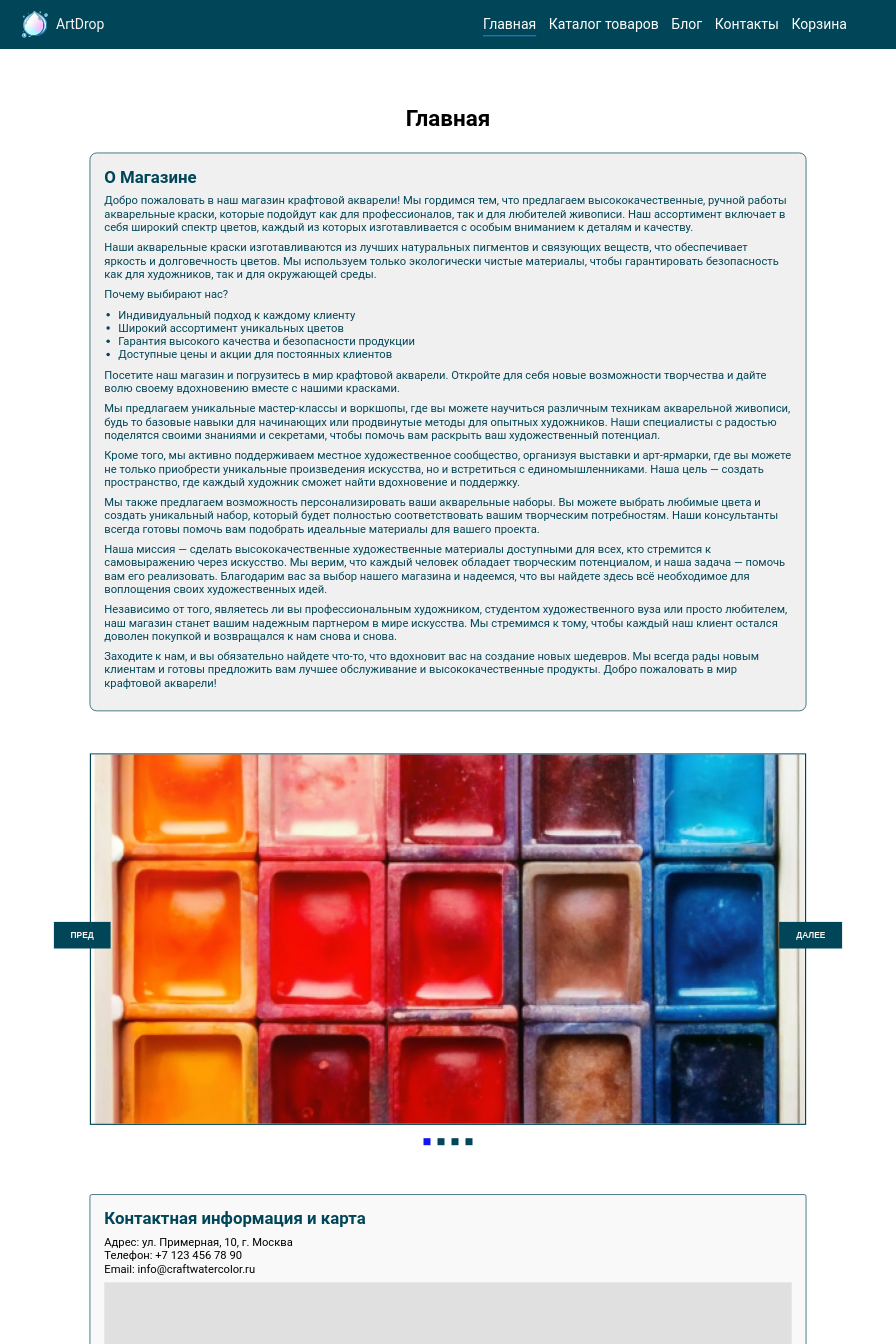
Repository: mnats725/art-drop
Page: index.html
The author's editor kept a copy of each file at every save. The page is drawn from the files as they stood at one save, then again after the next save.
The browser window is 1280 px wide. The pictures show the part of the page from y = 0 to 1920 px (the page is 2643 px tall), at 70% of full size.
Pictures or frames that could not be fetched are drawn as grey boxes.

Above is the page before, as saved 2024-05-21 13:33:38.

### index.html
<!DOCTYPE html>
<html lang="en">
<head>
    <meta charset="UTF-8">
    <meta http-equiv="X-UA-Compatible" content="IE=edge">
    <meta name="viewport" content="width=device-width, initial-scale=1.0">
    <title>Каталог товаров</title>
    <link rel="stylesheet" href="./css/style.css">
    <link rel="stylesheet" href="./css/main-page-content.css">
    <link href="https://fonts.googleapis.com/css2?family=Montserrat:wght@400;700&display=swap" rel="stylesheet">
</head>
<body>
    <div class="wrapper">
        <header class="header">
            <!-- Шапка -->
            <div class="logo">
                <a href="index.html">
                    <img src="./assets/img/logo.svg" alt="ArtDrop Logo">
                    <span>ArtDrop</span>
                </a>
            </div>
            <!-- Меню сайта -->
            <nav class="nav">
              <ul>
                  <li class="active"><a href="index.html">Главная</a></li>
                  <li><a href="catalog.html">Каталог товаров</a></li>
                  <li><a href="blog.html">Блог</a></li>
                  <li><a href="contacts.html">Контакты</a></li>
                  <li><a href="cart.html">Корзина</a></li>
              </ul>
          </nav>
            <!-- Иконка бургерменю -->
            <div class="burger">
                <span></span>
            </div>
        </header>
    </div>

    <div class="content">
        <h1 class="content-title">Главная</h1>
        <section class="store-info">
          <h2>О Магазине</h2>
          <p>Добро пожаловать в наш магазин крафтовой акварели! Мы гордимся тем, что предлагаем высококачественные, ручной работы акварельные краски, которые подойдут как для профессионалов, так и для любителей живописи. Наш ассортимент включает в себя широкий спектр цветов, каждый из которых изготавливается с особым вниманием к деталям и качеству.</p>
          <p>Наши акварельные краски изготавливаются из лучших натуральных пигментов и связующих веществ, что обеспечивает яркость и долговечность цветов. Мы используем только экологически чистые материалы, чтобы гарантировать безопасность как для художников, так и для окружающей среды.</p>
          <p>Почему выбирают нас?</p>
          <ul>
              <li>Индивидуальный подход к каждому клиенту</li>
              <li>Широкий ассортимент уникальных цветов</li>
              <li>Гарантия высокого качества и безопасности продукции</li>
              <li>Доступные цены и акции для постоянных клиентов</li>
          </ul>
          <p>Посетите наш магазин и погрузитесь в мир крафтовой акварели. Откройте для себя новые возможности творчества и дайте волю своему вдохновению вместе с нашими красками.</p>
          <p>Мы предлагаем уникальные мастер-классы и воркшопы, где вы можете научиться различным техникам акварельной живописи, будь то базовые навыки для начинающих или продвинутые методы для опытных художников. Наши специалисты с радостью поделятся своими знаниями и секретами, чтобы помочь вам раскрыть ваш художественный потенциал.</p>
          <p>Кроме того, мы активно поддерживаем местное художественное сообщество, организуя выставки и арт-ярмарки, где вы можете не только приобрести уникальные произведения искусства, но и встретиться с единомышленниками. Наша цель — создать пространство, где каждый художник сможет найти вдохновение и поддержку.</p>
          <p>Мы также предлагаем возможность персонализировать ваши акварельные наборы. Вы можете выбрать любимые цвета и создать уникальный набор, который будет полностью соответствовать вашим творческим потребностям. Наши консультанты всегда готовы помочь вам подобрать идеальные материалы для вашего проекта.</p>
          <p>Наша миссия — сделать высококачественные художественные материалы доступными для всех, кто стремится к самовыражению через искусство. Мы верим, что каждый человек обладает творческим потенциалом, и наша задача — помочь вам его реализовать. Благодарим вас за выбор нашего магазина и надеемся, что вы найдете здесь всё необходимое для воплощения своих художественных идей.</p>
          <p>Независимо от того, являетесь ли вы профессиональным художником, студентом художественного вуза или просто любителем, наш магазин станет вашим надежным партнером в мире искусства. Мы стремимся к тому, чтобы каждый наш клиент остался доволен покупкой и возвращался к нам снова и снова.</p>
          <p>Заходите к нам, и вы обязательно найдете что-то, что вдохновит вас на создание новых шедевров. Мы всегда рады новым клиентам и готовы предложить вам лучшее обслуживание и высококачественные продукты. Добро пожаловать в мир крафтовой акварели!</p>
      </section>
        <main class="carousel-container">
            <div class="carousel">
              <div class="item active">
                <img src="./assets/img/colores/photo_1_2024-05-20_20-57-42.jpg" alt="Image 1" />
              </div>
              <div class="item">
                <img src="./assets//img/colores/photo_2_2024-05-20_20-57-42.jpg" alt="Image 2" />
              </div>
              <div class="item">
                <img src="./assets/img/colores/photo_3_2024-05-20_20-57-42.jpg" alt="Image 3" />
              </div>
              <div class="item">
                <img src="./assets/img/colores/photo_4_2024-05-20_20-57-42.jpg" alt="Image 4" />
              </div>
            </div>
            <button class="btn prev">Пред</button>
            <button class="btn next">Далее</button>
            <br>
            <div class="dots"></div>
          </main>

          <section class="contact-info">
            <h2>Контактная информация и карта</h2>
            <p>Адрес: ул. Примерная, 10, г. Москва</p>
            <p>Телефон: +7 123 456 78 90</p>
            <p>Email: info@craftwatercolor.ru</p>
            <div id="map"><iframe src="https://www.google.com/maps/embed?pb=!1m18!1m12!1m3!1d26449.478999227773!2d-118.24984591411743!3d34.03912846642446!2m3!1f0!2f0!3f0!3m2!1i1024!2i768!4f13.1!3m3!1m2!1s0x80c2c6029c9a59e9%3A0xec9ea70c76393a94!2z0JHQvtC50Lst0KXQtdC50YLRgSwg0JvQvtGBLdCQ0L3QtNC20LXQu9C10YEsINCa0LDQu9C40YTQvtGA0L3QuNGPLCDQodCo0JA!5e0!3m2!1sru!2sru!4v1716241062162!5m2!1sru!2sru" width="100%" height="100%" style="border:0;" allowfullscreen="" loading="lazy" referrerpolicy="no-referrer-when-downgrade"></iframe></div>
        </section>
    </div>

    <div class="pg-footer">
        <footer class="footer">
          <svg class="footer-wave-svg" xmlns="http://www.w3.org/2000/svg" viewBox="0 0 1200 100" preserveAspectRatio="none">
            <path class="footer-wave-path" d="M851.8,100c125,0,288.3-45,348.2-64V0H0v44c3.7-1,7.3-1.9,11-2.9C80.7,22,151.7,10.8,223.5,6.3C276.7,2.9,330,4,383,9.8 c52.2,5.7,103.3,16.2,153.4,32.8C623.9,71.3,726.8,100,851.8,100z"></path>
          </svg>
          <div class="footer-content">
            <div class="footer-content-column">
              <div class="footer-logo">
                <a class="footer-logo-link" href="#">
                  <span class="hidden-link-text">ArtDrop</span>
                  <h1>ArtDrop</h1>
                </a>
              </div>
              <div class="footer-menu">
                <h2 class="footer-menu-name"> Get Started</h2>
                <ul id="menu-get-started" class="footer-menu-list">
                  <li class="menu-item menu-item-type-post_type menu-item-object-product">
                    <a href="#">Start</a>
                  </li>
                  <li class="menu-item menu-item-type-post_type menu-item-object-product">
                    <a href="#">Documentation</a>
                  </li>
                  <li class="menu-item menu-item-type-post_type menu-item-object-product">
                    <a href="#">Installation</a>
                  </li>
                </ul>
              </div>
            </div>
            <div class="footer-content-column">
              <div class="footer-menu">
                <h2 class="footer-menu-name"> Company</h2>
                <ul id="menu-company" class="footer-menu-list">
                  <li class="menu-item menu-item-type-post_type menu-item-object-page">
                    <a href="#">Contact</a>
                  </li>
                  <li class="menu-item menu-item-type-taxonomy menu-item-object-category">
                    <a href="#">News</a>
                  </li>
                  <li class="menu-item menu-item-type-post_type menu-item-object-page">
                    <a href="#">Careers</a>
                  </li>
                </ul>
              </div>
              <div class="footer-menu">
                <h2 class="footer-menu-name"> Legal</h2>
                <ul id="menu-legal" class="footer-menu-list">
                  <li class="menu-item menu-item-type-post_type menu-item-object-page menu-item-privacy-policy menu-item-170434">
                    <a href="#">Privacy Notice</a>
                  </li>
                  <li class="menu-item menu-item-type-post_type menu-item-object-page">
                    <a href="#">Terms of Use</a>
                  </li>
                </ul>
              </div>
            </div>
            <div class="footer-content-column">
              <div class="footer-menu">
                <h2 class="footer-menu-name"> Quick Links</h2>
                <ul id="menu-quick-links" class="footer-menu-list">
                  <li class="menu-item menu-item-type-custom menu-item-object-custom">
                    <a target="_blank" rel="noopener noreferrer" href="#">Support Center</a>
                  </li>
                  <li class="menu-item menu-item-type-custom menu-item-object-custom">
                    <a target="_blank" rel="noopener noreferrer" href="#">Service Status</a>
                  </li>
                  <li class="menu-item menu-item-type-post_type menu-item-object-page">
                    <a href="#">Security</a>
                  </li>
                  <li class="menu-item menu-item-type-post_type menu-item-object-page">
                    <a href="#">Blog</a>
                  </li>
                  <li class="menu-item menu-item-type-post_type_archive menu-item-object-customer">
                    <a href="#">Customers</a></li>
                  <li class="menu-item menu-item-type-post_type menu-item-object-page">
                    <a href="#">Reviews</a>
                  </li>
                </ul>
              </div>
            </div>
            <div class="footer-content-column">
              <div class="footer-call-to-action">
                <h2 class="footer-call-to-action-title"> Let's Chat</h2>
                <p class="footer-call-to-action-description"> Have a support question?</p>
                <a class="footer-call-to-action-button button" href="#" target="_self"> Get in Touch </a>
              </div>
              <div class="footer-call-to-action">
                <h2 class="footer-call-to-action-title"> You Call Us</h2>
                <p class="footer-call-to-action-link-wrapper"> <a class="footer-call-to-action-link" href="tel:0124-64XXXX" target="_self"> 0124-64XXXX </a></p>
              </div>
            </div>
        </footer>
      </div>
    <script>
        document.querySelector('.burger').addEventListener('click', function() {
            this.classList.toggle('active');
            document.querySelector('.nav').classList.toggle('open');
        })
        document.addEventListener("DOMContentLoaded", function () {
        let carousel = document.querySelector(".carousel");
       let items = carousel.querySelectorAll(".item");
        let dotsContainer = document.querySelector(".dots");

       // Insert dots into the DOM
       items.forEach((_, index) => {
      let dot = document.createElement("span");
      dot.classList.add("dot");
      if (index === 0) dot.classList.add("active");
      dot.dataset.index = index;
    dotsContainer.appendChild(dot);
  });

  let dots = document.querySelectorAll(".dot");

  // Function to show a specific item
  function showItem(index) {
    items.forEach((item, idx) => {
      item.classList.remove("active");
      dots[idx].classList.remove("active");
      if (idx === index) {
        item.classList.add("active");
        dots[idx].classList.add("active");
      }
    });
  }

  // Event listeners for buttons
  document.querySelector(".prev").addEventListener("click", () => {
    let index = [...items].findIndex((item) =>
      item.classList.contains("active")
    );
    showItem((index - 1 + items.length) % items.length);
  });

  document.querySelector(".next").addEventListener("click", () => {
    let index = [...items].findIndex((item) =>
      item.classList.contains("active")
    );
    showItem((index + 1) % items.length);
  });

  // Event listeners for dots
  dots.forEach((dot) => {
    dot.addEventListener("click", () => {
      let index = parseInt(dot.dataset.index);
      showItem(index);
    });
  });
});

    </script>
</body>
</html>

### main-page-content.css
.content {
  padding-top: 80px;
  margin: 0 auto;
}

.content-title {
  text-align: center;
  padding-bottom: 30px;
}

.store-info {
  border: 1px solid #004658;
  background-color: #f0f0f0;
  color: #004658;
  padding: 20px;
  border-radius: 10px;
  margin-bottom: 20px;
  margin-left: 10%;
  margin-right: 10%;
}

.store-info h2 {
  color: #004658;
  margin-bottom: 10px;
}

.store-info p,
.store-info ul {
  margin-bottom: 10px;
}

.store-info ul {
  padding-left: 20px;
}

.store-info ul li {
  list-style-type: disc;
}

.contact-info {
  border: 1px solid #004658;
  background-color: #f9f9f9;
  padding: 20px;
  border-radius: 3px;
  margin-left: 10%;
  margin-right: 10%;
  margin-top: 70px;
}

.contact-info h2 {
  color: #004658;
  margin-bottom: 10px;
}

#map {
  margin-top: 10px;
  width: 100%;
  height: 300px;
  background-color: #e0e0e0;
}

.carousel-container {

  padding-top: 40px;
  width: 80%;
  height: 600px;
  margin: auto;
  position: relative;
  display: flex;
  flex-direction: column;
  gap: var(--lx-gap);

  .carousel {
    aspect-ratio: 16/9;
    width: 100%;
    position: relative;
    overflow: hidden;

    .item {
      border: 2px solid #004658;
      opacity: 0;
      width: 100%;
      height: 100%;
      display: none;
      transition: opacity 0.5s ease-in-out;

      img {
        width: 100%;
        height: 100%;
        object-fit: cover;
        object-position: center;
      }

      .caption {
        width: 100%;
        padding: var(--lx-space-01);
        position: absolute;
        bottom: 0;
        text-transform: uppercase;
        text-align: center;
        font-size: 12px;
        background-color: rgba(0, 0, 0, 0.5);
      }

      &.active {
        opacity: 1;
        display: block;
      }
    }
  }

  .btn {
    padding: 1em 2em;
    position: absolute;
    transform: translateY(-50%);
    top: 50%;
    outline: none;
    border: none;
    cursor: pointer;
    text-transform: uppercase;
    font-size: 12px;
    font-weight: 900;
    color: #FAF6F2;
    background-color: #004658;
    transition: transform 0.2s ease-in-out;

    &:active,
    &:focus {
      transform: translateY(-50%) scale(0.9);
    }

    &:hover {
      transform: translateY(-50%) scale(0.96);
    }
  }

  .prev {
    left: -5%;
  }

  .next {
    right: -5%;
  }

  .dots {
    display: flex;
    align-items: center;
    justify-content: center;
    gap: 10px;

    .dot {
      cursor: pointer;
      height: 10px;
      width: 10px;
      background-color: #004658;
      transition: background-color 0.2s ease;

      &.active,
      &:hover {
        background-color: #1115ee;
      }
    }
  }
}

Loaded but not shown: css/style.css (456 lines, source omitted)

After the next save:
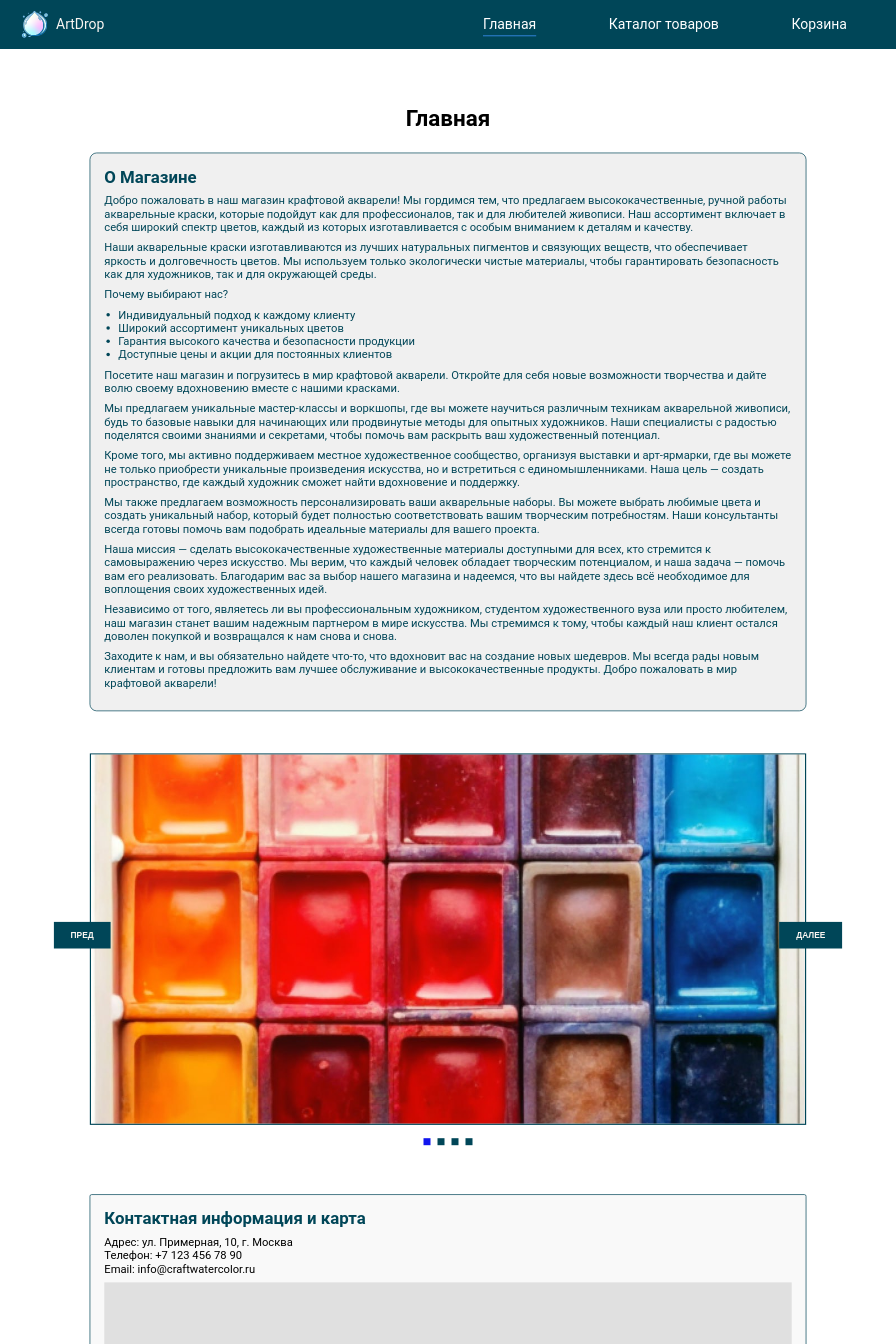
Saved 23 s later.
--- a/index.html
+++ b/index.html
@@ -24,8 +24,6 @@
               <ul>
                   <li class="active"><a href="index.html">Главная</a></li>
                   <li><a href="catalog.html">Каталог товаров</a></li>
-                  <li><a href="blog.html">Блог</a></li>
-                  <li><a href="contacts.html">Контакты</a></li>
                   <li><a href="cart.html">Корзина</a></li>
               </ul>
           </nav>
